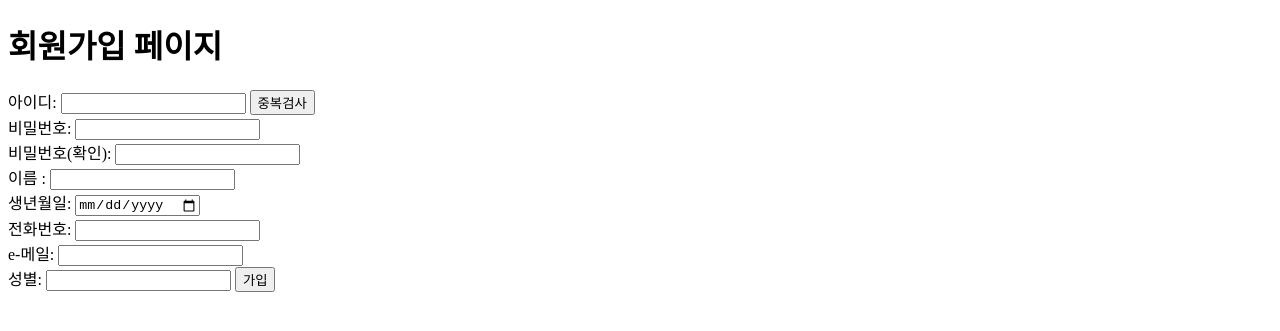
Repository: rmh6363/javastudy
Page: HelloWorld/WebContent/d.html
An editor plug-in stored every save of this project. The page is shown before and after the next save, followed by the edit.
The browser window is 1280 px wide. The pictures show the whole page.

Above is the page before, as saved 2020-12-04 07:23:47.

After the next save:
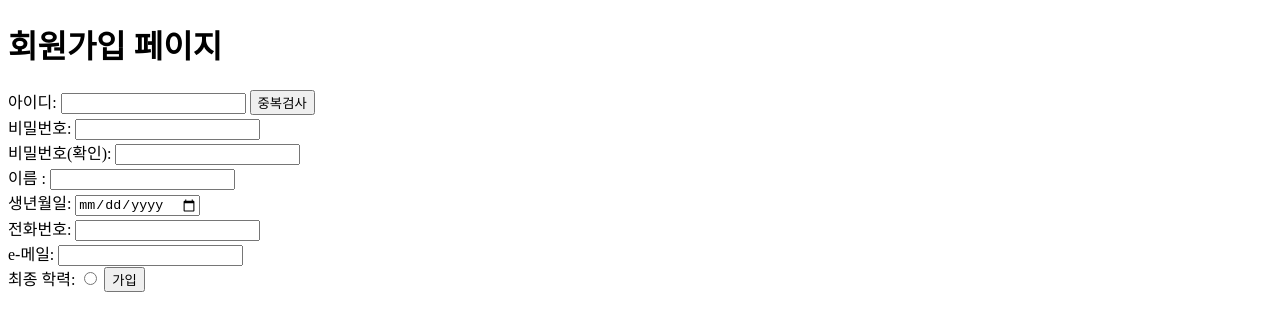
Saved 2 min 23 s later.
--- a/HelloWorld/WebContent/d.html
+++ b/HelloWorld/WebContent/d.html
@@ -29,8 +29,8 @@
 <label for = "email">e-메일:</label>
 <input id="email" type="email" name= "email">
 <br>
-<label for = "gender">성별:</label>
-<input id = "gender" name = "gender">
+<label>최종 학력:</label>
+<input type="radio" name="school">
 <input type="submit" value="가입">
 
 </form>
